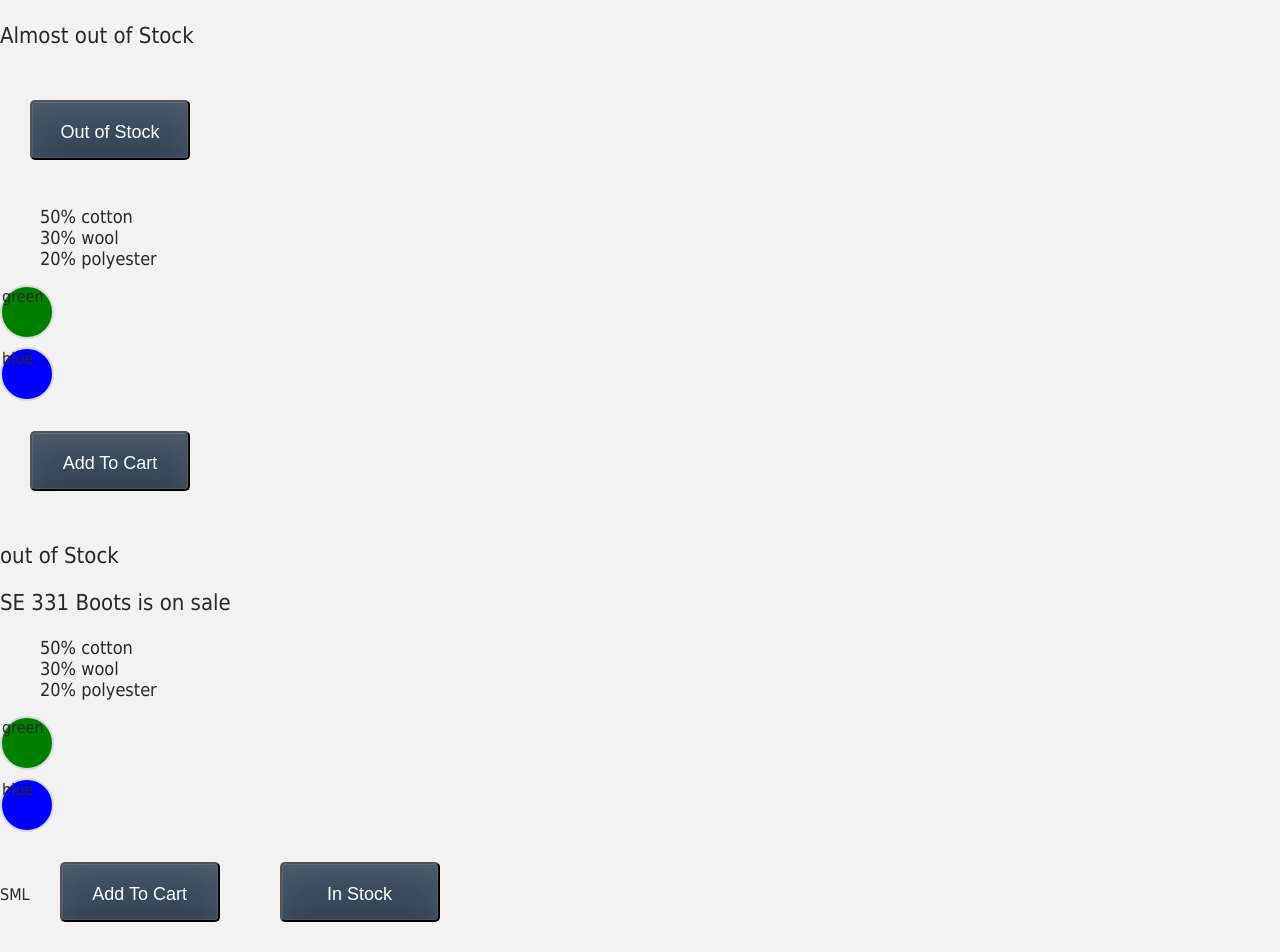
Repository: assassinhua/lab1
Page: index.html
An editor plug-in stored every save of this project. The page is shown before and after the next save, followed by the edit.
The browser window is 1280 px wide. The pictures show the part of the page from y = 564 to 1516 px (the page is 1516 px tall before and 1469 px after).
A picture or video elsewhere on the page could not be fetched, so the positions and the page height are approximate.

Above is the page before, as saved 2024-10-24 16:05:56.

### index.html
<!DOCTYPE html>
<html lang="en">

<head>
    <meta charset="UTF-8" />
    <title>Intro SE331</title>
    <!-- Import Styles -->
    <link rel="stylesheet" href="./assets/styles.css" />
    <!-- Import Vue.js -->
    <script src="https://unpkg.com/vue@3/dist/vue.global.js"></script>
</head>

<body>
    <div id="app">
        <div class="nav-bar"></div>
        <div class="cart">Cart({{cart}})</div>
        <div class="cart">Stock Status: <span>{{ inStock ? 'In Stock' : 'Out of Stock' }}</span></div>
        <div class="product-display">
            <div class="product-container">
                <div class="product-image">
                    <img :src="image" :class="{'out-of-stock-image':!inStock}" alt="product-image">
                </div>
            </div>
        </div>
        <div class="product-info">
            <h1>{{title}}</h1>
            <a :href="productUrl" target="_blank">
                <h1>{{product}}</h1>
            </a>
            <p v-if="inventory > 10">In Stock</p>
            <p v-else-if="inventory <= 10 && inventory > 0">Almost out of Stock</p>
            <p v-else>Out of Stock</p>
            <button class="button" @click="toggleInStock">
                {{ inStock ? 'Out of Stock' : ' In Stock' }}
            </button>
            <ul>
                                <li v-for="detail in details">{{detail}}</li>

                            </ul>
            <ul>
                <li v-for="size in sizes">{{size}}</li>
            </ul>
             <div v-for="(variant,index) in variants" :key="variant.id"
             @mouseover="updateVariant(index)"
             class="color-circle" :style="{backgroundColor: variant.color}">
                                {{ variant.color}}
            </div>


            <button class="button" :disabled='!inStock'
            @click="addToCart" :class="{disabledButton: !inStock}">Add To
                Cart</button>
            </div>
            <p v-if="inventory > 10">In Stock</p>
            <p v-else-if="inventory <= 10 && inventory > 0">out of Stock</p>
            <p v-else>Out of Stock</p>
            <p v-if="onSale">{{isOnSale}}</p>
            <p v-else>not on sale</p>
            <ul>
                <li v-for="detail in details">{{detail}}</li>
            </ul>
            <div v-for="(variant,index) in variants" :key="variant.id" @mouseover="updateVariant(index)"
                class="color-circle" :style="{backgroundColor: variant.color}">
                {{ variant.color}}
            </div>
            <span v-for="productSize in productSizes" :key="productSize.id">
                {{ productSize.size}}
            </span>
            <button class="button" :disabled='!inStock' @click="addToCart" :class="{disabledButton: !inStock}">Add To
                Cart</button>

            <button class="button" @click="toggleInStock">In Stock</button>
        </div>

    </div>

    <!-- Import Js -->
    <script src="./main.js"></script>
</body>

</html>

### assets/styles.css
body {
  background-color: #f2f2f2;
  margin: 0px;
  font-family: tahoma;
  color: #282828;
}

.button {
  margin: 30px;
  background-color: #39495c;
  border-radius: 5px;
  font-size: 18px;
  width: 160px;
  height: 60px;
  color: white;
  padding: 20px;
  box-shadow: inset 0 -0.6em 1em -0.35em rgba(0, 0, 0, 0.17),
    inset 0 0.6em 2em -0.3em rgba(255, 255, 255, 0.15),
    inset 0 0 0em 0.05em rgba(255, 255, 255, 0.12);
  text-align: center;
  cursor: pointer;
}

.cart {
  margin: 25px 100px;
  float: right;
  border: 1px solid #d8d8d8;
  padding: 10px 30px;
  background-color: white;
  -webkit-box-shadow: 0px 2px 15px -12px rgba(0, 0, 0, 0.57);
  -moz-box-shadow: 0px 2px 15px -12px rgba(0, 0, 0, 0.57);
  box-shadow: 2px 15px -12px rgba(0, 0, 0, 0.57);
}

.color-circle {
  width: 50px;
  height: 50px;
  margin-top: 8px;
  border: 2px solid #d8d8d8;
  border-radius: 50%;
}


.disabledButton {
  background-color: #d8d8d8;
  cursor: not-allowed;
}

h1 {
  font-size: 50px;
}

h3 {
  font-size: 25px;
}

img {
  border: 2px solid #d8d8d8;
  width: 70%;
  margin: 40px;
  padding: 15px;
  -webkit-box-shadow: 0px 2px 15px -12px rgba(0, 0, 0, 0.57);
  -moz-box-shadow: 0px 2px 15px -12px rgba(0, 0, 0, 0.57);
  box-shadow: 2px 15px -12px rgba(0, 0, 0, 0.57);
}

input {
  width: 100%;
  height: 40px;
  margin-bottom: 20px;
}

label {
  font-size: 20px;
  margin-bottom: 5px;
}

li {
  font-size: 18px;
}

.nav-bar {
  background: linear-gradient(-90deg, #84cf6a, #16c0b0);
  height: 60px;
  margin-bottom: 25px;
  -webkit-box-shadow: 0px 2px 15px -12px rgba(0, 0, 0, 0.57);
  -moz-box-shadow: 0px 2px 15px -12px rgba(0, 0, 0, 0.57);
  box-shadow: 1px 1px 5px rgba(0, 0, 0, 0.57);
}

.out-of-stock-image {
  filter: grayscale(100%); /* 这将使图片变为灰色 */
}

p {
  font-size: 22px;
}

.product-display {
  display: flex;
  flex-direction: column;
  padding: 1rem;
}

.product-container {
  display: flex;
  flex-direction: row;
  flex-wrap: wrap;
}

.product-image,
.product-info {
  width: 50%;
}

.review-form {
  display: flex;
  flex-direction: column;
  width: 425px;
  padding: 20px;
  margin: 40px;
  border: 2px solid #d8d8d8;
  background-color: white;
  -webkit-box-shadow: 0px 2px 15px -12px rgba(0, 0, 0, 0.57);
  -moz-box-shadow: 0px 2px 15px -12px rgba(0, 0, 0, 0.57);
  box-shadow: 2px 15px -12px rgba(0, 0, 0, 0.57);
}

.review-container {
  width: 425px;
  padding: 20px;
  background-color: white;
  -webkit-box-shadow: 0px 2px 20px -12px rgba(0, 0, 0, 0.57);
  -moz-box-shadow: 0px 2px 20px -12px rgba(0, 0, 0, 0.57);
  box-shadow: 2px 20px -12px rgba(0, 0, 0, 0.57);
  margin-left: 40px;
  border: 2px solid #d8d8d8;
}

.review-container li {
  margin-bottom: 30px;
}

.review-form .button {
  display: block;
  margin: 30px auto;
}

select {
  height: 40px;
  font-size: 20px;
  background-color: white;
  cursor: pointer;
}

textarea {
  width: 95%;
  height: 70px;
  padding: 10px;
  font-size: 20px;
  margin-bottom: 20px;
}

ul {
  list-style-type: none;
}

@media only screen and (max-width: 600px) {
  .container {
    flex-direction: column;
  }

  .product-image,
  .product-info {
    margin-left: 10px;
    width: 100%;
  }

  .review-form {
    width: 90%;
  }
}

### main.js
const { createApp, ref, computed } = Vue

createApp({
    setup() {
        const product = ref('Boots')
        const brand = ref('SE 331')
        const productUrl = 'http://www.camt.cmu.ac.th'
        const inventory = ref(5)
        const onSale = ref(true)
        const details = ref([
            '50% cotton',
            '30% wool',
            '20% polyester'
        ])
        const variants = ref([
            { id: 2234, color: 'green', image: './assets/images/socks_green.jpg', quantity: 50 },
            { id: 2235, color: 'blue', image: './assets/images/socks_blue.jpg', quantity: 0 }
        ])
        const selectedVariant = ref(0)
        const productSizes = ref([
            { id: 1, size: 'S' },
            { id: 2, size: 'M' },
            { id: 3, size: 'L' },
        ])
        const cart = ref(0)
        function addToCart() {
            cart.value += 1
        }
        const title = computed(() => {
            return brand.value + ' ' + product.value
        })
        const isOnSale = computed(() => {
            return brand.value + ' ' + product.value + ' ' + 'is on sale'
        })
        function updateImage(variantImage) {
            image.value = variantImage
        }
        function updateVariant(index) {
            selectedVariant.value = index;
        }
        const image = computed(() => {
            return variants.value[selectedVariant.value].image
        })
        const inStock = computed(() => {
            return variants.value[selectedVariant.value].quantity
        })
        const toggleInStock = () => {
            const currentVariant = variants.value[selectedVariant.value];
            currentVariant.quantity = currentVariant.quantity > 0 ? 0 : 50;
        }
        return {
            product,
            brand,
            title,
            isOnSale,
            image,
            productUrl,
            inStock,
            inventory,
            onSale,
            details,
            variants,
            selectedVariant,
            productSizes,
            cart,
            addToCart,
            updateImage,
            toggleInStock,
            updateVariant

        }
    }

}).mount('#app')

After the next save:
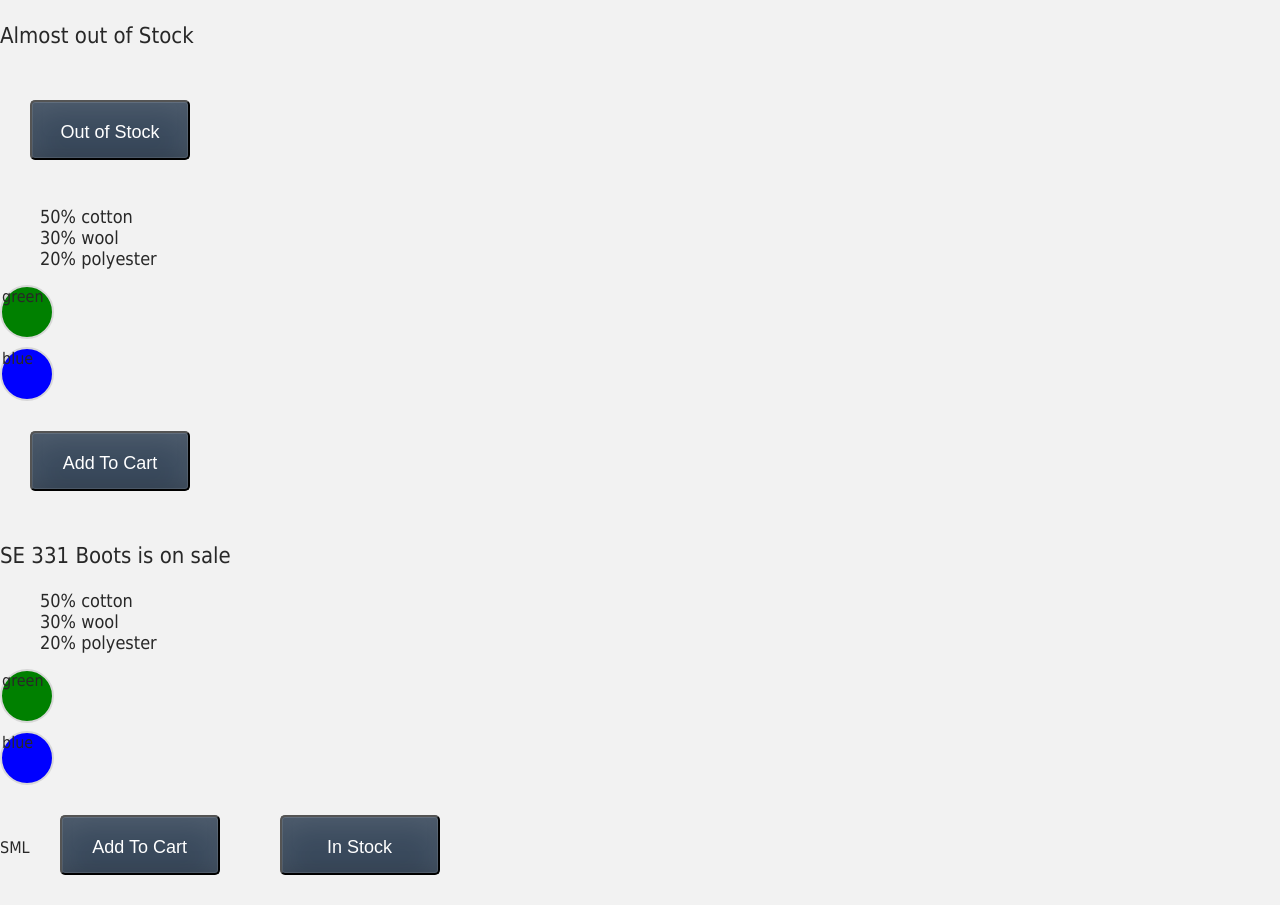
Saved 2 min 14 s later.
--- a/index.html
+++ b/index.html
@@ -51,9 +51,7 @@
             @click="addToCart" :class="{disabledButton: !inStock}">Add To
                 Cart</button>
             </div>
-            <p v-if="inventory > 10">In Stock</p>
-            <p v-else-if="inventory <= 10 && inventory > 0">out of Stock</p>
-            <p v-else>Out of Stock</p>
+
             <p v-if="onSale">{{isOnSale}}</p>
             <p v-else>not on sale</p>
             <ul>
